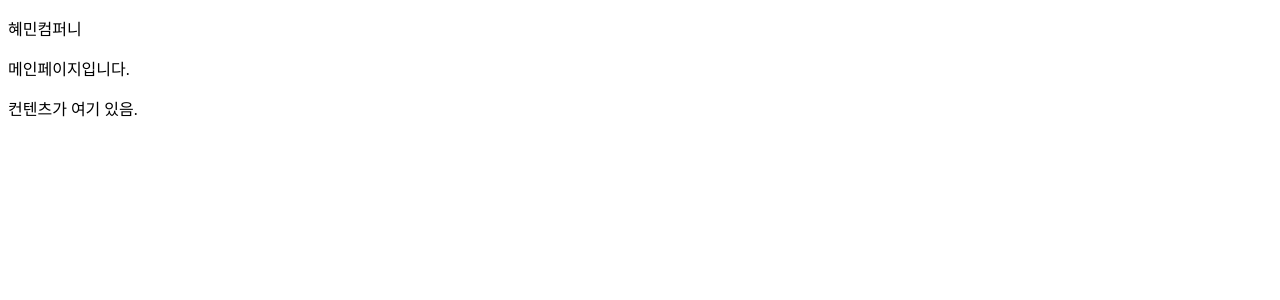
Repository: kvmhyvmvn/Study_JspServlet
Page: http://localhost/03.Tag/02.Directive/Ex03IncludeMain.jsp
An editor plug-in stored every save of this project. The page is shown before and after the next save, followed by the edit.
The browser window is 1280 px wide. The pictures show the whole page.
The page is served by Tomcat 9.

Above is the page before, as saved 2023-05-19 03:04:40.

After the next save:
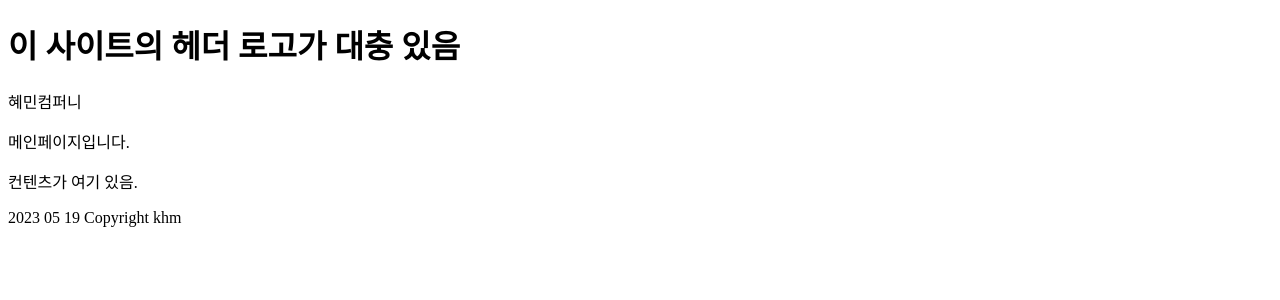
Saved 38 s later.
--- a/WorkSpace/03.Tag/src/main/webapp/02.Directive/Ex03IncludeMain.jsp
+++ b/WorkSpace/03.Tag/src/main/webapp/02.Directive/Ex03IncludeMain.jsp
@@ -13,13 +13,13 @@
 	     해결가능
 	     단점 : 헤더와 푸터가 기능이 안되거나 오류가 발생하면 모든 화면에서 x
 	-->
-
+	<%@ include file = "Ex03Header.jsp" %>
 
 	<p>혜민컴퍼니 </p>
 	<p>메인페이지입니다. </p>
 	<p>컨텐츠가 여기 있음. </p>
 
-
+	<%@ include file="Ex03Footer.jsp" %>
 
 </body>
 </html>
